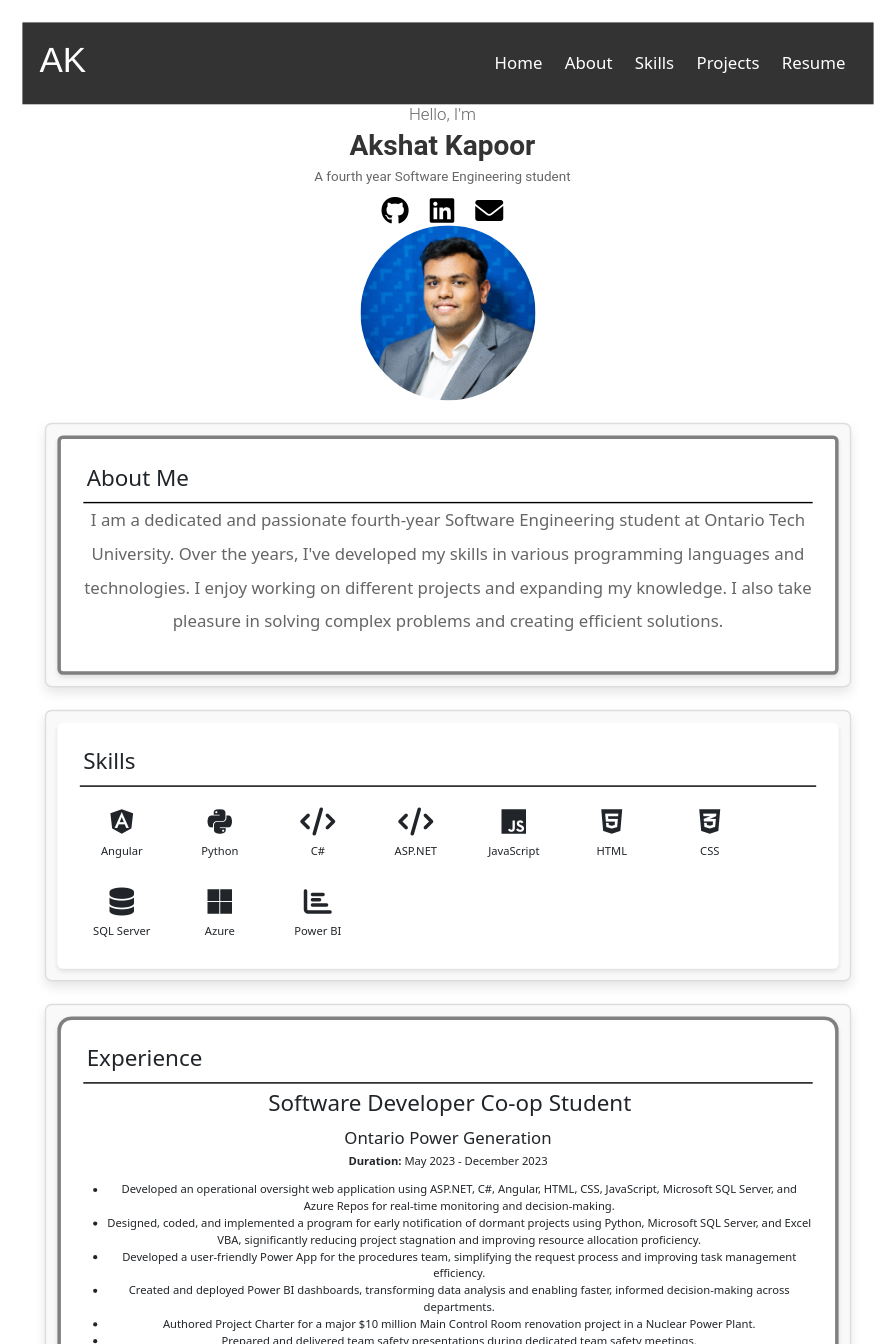
Repository: AkshatKapo/My-Portfolio
Page: /
An editor plug-in stored every save of this project. The page is shown before and after the next save, followed by the edit.
The browser window is 1280 px wide. The pictures show the part of the page from y = 0 to 1920 px (the page is 3311 px tall before and 3269 px after), at 70% of full size.
The project was rebuilt for these pictures with package versions that can differ from the ones it lists, and the page was loaded fresh each time. Also part of the build but not shown: vite.config.js.

Above is the page before, as saved 2024-06-18 10:00:35.

### index.html
<!DOCTYPE html>
<html lang="en">
  <head>
    <meta charset="UTF-8" />
    <link rel="stylesheet" href="https://cdnjs.cloudflare.com/ajax/libs/font-awesome/6.0.0-beta3/css/all.min.css">
    <link rel="stylesheet" href="https://maxcdn.bootstrapcdn.com/bootstrap/4.5.2/css/bootstrap.min.css">

    <meta name="viewport" content="width=device-width, initial-scale=1.0" />
    <title>Vite + React</title>
  </head>
  <body>
    <div id="root"></div>
    <script type="module" src="/src/main.jsx"></script>
  </body>
</html>

### src/main.jsx
import React from 'react'
import ReactDOM from 'react-dom/client'
import App from './App'
import './index.css'
import 'bootstrap/dist/css/bootstrap.min.css';


ReactDOM.createRoot(document.getElementById('root')).render(
  <React.StrictMode>
    <App />
  </React.StrictMode>,
)

### src/App.jsx
import { useEffect } from 'react';
import './App.css';
import Header from './components/Header';
import Home from './components/Home';
import About from './components/About';
import Experience from './components/Experience'; // Corrected import path
import Projects from './components/projects';
import Contact from './components/Contact';
import Skill from './components/skill'
function App() {
  useEffect(() => {
    function reveal() {
      let reveals = document.querySelectorAll(".reveal");// stores all the elements with class reveal into an array

      for (var i = 0; i < reveals.length; i++) { // iterates through reveals array, takes the each element with class reveals
        let windowHeight = window.innerHeight; // gets the height of the view port
        let elementTop = reveals[i].getBoundingClientRect().top;// gets the postion of the element relative to the view port
        let sectionHeight = reveals[i].offsetHeight;// calculates the hieght of the element
        let elementVisible = windowHeight - elementTop > 0 ? windowHeight - elementTop : 0;// calculates the porton  of the element visible(Dstance between the top of the view port  and bottom of visible part of  the element)
        let visibilityRatio = elementVisible / sectionHeight; // Fraction of the element visible

        if (visibilityRatio > 0.5) {  // if the visibility ratio is greater than half then it will make it visible
          reveals[i].classList.add("active");// add class actve to the element to make it visible
        } else { // if its less than 0.5 than it wll not display it or remove the class
          reveals[i].classList.remove("active");
        }
      }
    }

    window.addEventListener("scroll", reveal);// Add scroll as event listenere because wewe want to dsplay elements as user scrolls down

    // Call reveal initially to check the visibility of elements when the component mounts
    reveal();

    // Cleanup function to remove event listener when component unmounts
    return () => {
      window.removeEventListener("scroll", reveal);
    };
  }, []);


  return (
    <div>
      <Header />
      <Home />
      <About />
      <Skill />
      <Experience />
      <Projects />
      <Contact />

    </div>
  );
}

export default App;

/*
Mount: useEffect runs, reveal function defined and called, scroll event listener added.
Scroll: Each scroll triggers the reveal function to recalculate and update element visibility.
Unmount: Cleanup function removes the scroll event listener.
*/

### src/index.css
body {
    font-family: 'Segoe UI', Tahoma, Geneva, Verdana, sans-serif;
    background-color:#ccddff;
    color:black;
    margin: 0;
    padding: 0;
  }


  #root {
    display: flex;
    flex-direction: column;
    min-height: 100vh;
  }

### src/App.css
#root {
  max-width: 1280px;
  margin: 0 auto;
  padding: 2rem;
  text-align: center;
}
.reveal {
  opacity: 0;
  transform: translateY(100px);
  transition: opacity 0.6s ease-out, transform 0.6s ease-out;
}

.reveal.active {
  opacity: 1;
  transform: translateY(0);
}

### src/components/Header.jsx
import React from 'react'
import './Header.css'

const Header = () => {
  return (
    <header>
      <h1 className='title'>AK</h1>
      <nav>
        <ul>
          <li><a href="#home">Home</a></li>
          <li><a href="#about">About</a></li>
          <li><a href="#skills">Skills</a></li>
          <li><a href="#projects">Projects</a></li>
          <li><a href="/Akshat_Kapoor_Resume.pdf">Resume</a></li>
        </ul>
      </nav>
    </header>
  )
}

export default Header

### src/components/Home.jsx
import React from "react";
import "./Home.css";

const Home = () => {
  return (
    <div className="reveal">
      <section id="home">
        <div className="home-content">
          <div className="text-content">
            <h3>Hello, I'm</h3>
            <h1>Akshat Kapoor</h1>
            <h4>A fourth year Software Engineering student</h4>
            <div className="social-icons">
              <a href="https://github.com/yourusername" target="_blank" rel="noopener noreferrer">
                <i className="fab fa-github"></i>
              </a>
              <a href="https://www.linkedin.com/in/yourusername" target="_blank" rel="noopener noreferrer">
                <i className="fab fa-linkedin"></i>
              </a>
              <a href="mailto:youremail@gmail.com" target="_blank" rel="noopener noreferrer">
                <i className="fas fa-envelope"></i>
              </a>
            </div>

          </div>
          <div id="line"></div>

          <div className="image-content">
            <img
              src="/assets/images/1666144074188.jpeg"
              alt="Akshat Kapoor"
              className="profile-image"
            />
          </div>
        </div>
      </section>
    </div>
  );
};

export default Home;

### src/components/About.jsx
import React from 'react';
import './About.css';

function About() {
  return (
    <section id="about">
      <div id='about-content'>
       <h2>About Me</h2>
       <div className='seperator'>


       </div>
       <p>I am a dedicated and passionate fourth-year Software Engineering student at Ontario Tech University. Over the years, I've developed my skills in various programming languages and technologies. I enjoy working on different projects and expanding my knowledge. I also take pleasure in solving complex problems and creating efficient solutions. </p>
      </div>
    </section>
  );
}

export default About;

### src/components/Experience.jsx
import React from 'react'
import './Experience.css'

const Experience = () => {
  return (
    <div className="reveal">
      <section id="experience">
        <div id="experience-content">
          <h2>Experience</h2>
          <div className="divider1"></div>
          <div>
            <h3>Software Developer Co-op Student</h3>
            <h4>Ontario Power Generation</h4>
            <p>
              <strong>Duration:</strong> May 2023 - December 2023
            </p>
            <ul>
              <li>Developed an operational oversight web application using ASP.NET, C#, Angular, HTML, CSS, JavaScript, Microsoft SQL Server, and Azure Repos for real-time monitoring and decision-making.</li>
              <li>Designed, coded, and implemented a program for early notification of dormant projects using Python, Microsoft SQL Server, and Excel VBA, significantly reducing project stagnation and improving resource allocation proficiency.</li>
              <li>Developed a user-friendly Power App for the procedures team, simplifying the request process and improving task management efficiency.</li>
              <li>Created and deployed Power BI dashboards, transforming data analysis and enabling faster, informed decision-making across departments.</li>
              <li>Authored Project Charter for a major $10 million Main Control Room renovation project in a Nuclear Power Plant.</li>
              <li>Prepared and delivered team safety presentations during dedicated team safety meetings.</li>
            </ul>
          </div>
        </div>
      </section>
    </div>
  )
}

export default Experience

### src/components/projects.jsx
import React from "react";
import "./projects.css";

const projects = () => {
  return (
    <section id="projects">
      <div class="project-list">
        <h2>Projects</h2>
        <div className="seperator"></div>
        <div class="project-row">
          <div class="project">
            <h3>Digit Recognizer</h3>
            <img src="/assets/images/image.jpg"></img>
            <p>
              Developed a PyTorch-based neural network with a four-layer
              feedforward architecture to classify MNIST handwritten digits
              using Python programming language and Machine learning methods.
            </p>
            <a href="/Machine_Learning_Project.pdf" class="Projectbutton">
              View Report
            </a>
            <a href="link-to-project1" class="Projectbutton2">
              View Project
            </a>
          </div>
          <div class="project">
            <h3>Next-Day Date Calculation: Java Test Case Design </h3>
            <img src="/assets/images/date.jpg"></img>
            <p>
              Developed a Java program for next-day date calculation, leveraging
              JUnit for systematic testing.{" "}
            </p>
            <a href="/100781511_Akshat_Kapoor_TestDesignAssignment_NextDate.pdf" class="Projectbutton">
              View Report
            </a>
            <a href="link-to-project1" class="Projectbutton2">
              View Project
            </a>
          </div>
        </div>
        <div class="project-row">
          <div class="project">
            <h3>Camera Motoin Sensor System</h3>
            <img src="/assets/images/moton sensor.jpg"></img>
            <p>
              Developed a software project management project related to a
              camera motion sensor system, which includes creating project plans and techncal documents.
            </p>
            <a href="/SPM_Project.pdf" class="Projectbutton">
              View Report
            </a>
            <a href="link-to-project1" class="Projectbutton2">
              View Project
            </a>
          </div>
          <div class="project">
            <h3>Course Registeration Website</h3>
            <img src="/assets/images/coursespage.jpg"></img>
            <p>
              Developed a university course registration website,
              meeting deadlines and objectives using HTML, CSS, JavaScript,
              Bootstrap, PHP, and SQL for design and functionality.
            </p>
            <a href="/Data_Report.pdf" class="Projectbutton">
              View Report
            </a>
            <a href="link-to-project1" class="Projectbutton2">
              View Project
            </a>
          </div>
        </div>
      </div>
    </section>
  );
};

export default projects;

### src/components/Contact.jsx
import React from "react";
import "./Contact.css";

const Contact = () => {
  return (
    <footer id="footer">
      <div className="footer-content">
        <ul className="footer-icons">
          <li>
            <a
              href="https://github.com/yourusername"
              target="_blank"
              rel="noopener noreferrer"
            >
              <i className="fab fa-github"></i>
            </a>
          </li>
          <li>
            <a
              href="https://www.linkedin.com/in/yourusername"
              target="_blank"
              rel="noopener noreferrer"
            >
              <i className="fab fa-linkedin"></i>
            </a>
          </li>
          <li>
            <a
              href="mailto:youremail@gmail.com"
              target="_blank"
              rel="noopener noreferrer"
            >
              <i className="fas fa-envelope"></i>
            </a>
          </li>
        </ul>

      </div>
      <p className="footer-copy">© 2024 Akshat Kapoor</p>
    </footer>
  );
};

export default Contact;

### src/components/skill.jsx
import React from 'react'
import './skill.css'

const skills = [
    { name: "Angular", icon: "fab fa-angular" },
    { name: "Python", icon: "fab fa-python" },
    { name: "C#", icon: "fas fa-code" },
    { name: "ASP.NET", icon: "fas fa-code" },
    { name: "JavaScript", icon: "fab fa-js" },
    { name: "HTML", icon: "fab fa-html5" },
    { name: "CSS", icon: "fab fa-css3-alt" },
    { name: "SQL Server", icon: "fas fa-database" },
    { name: "Azure", icon: "fab fa-microsoft" },
    { name: "Power BI", icon: "fas fa-chart-bar" },
  ];

function skill() {
  return (
    <div className="reveal">
      <section id="skills">
        <div className="skills-content">
          <h2>Skills</h2>
          <div className="separator"></div>
          <div className="skills-list">
            {skills.map((skill) => (
              <div className="skill" key={skill.name}>
                <i className={skill.icon}></i>
                <p>{skill.name}</p>
              </div>
            ))}
          </div>
        </div>
      </section>
    </div>
  )
}

export default skill

### src/components/Header.css
header {
  background-color: #333;
  color: white;
  padding: 2%;
  display: flex;
  justify-content: space-between;
  align-items: center;

    /* text-align: center; */
  }
  .title {
    font-family: 'Helvetica', sans-serif;
    font-size: 50px;
    background:white;
    -webkit-background-clip: text;
    color: transparent;
  }


  nav ul {
    list-style-type: none;
    padding: 0;
    margin: 0;
    display: flex;
  }

  nav ul li {
    margin: 0 1rem;
  }

  nav ul li a {
    color: white;
    text-decoration: none;
    font-size: 150%;
  }

### src/components/Home.css
/* @import url('https://fonts.googleapis.com/css2?family=Roboto:wght@300;400;700&display=swap');

#home {
  padding: 1rem;
  display: flex;
  justify-content: center;
  align-items: center;
  background-color: #f9f9f9;
  border: 2px solid #ddd; /* Light border */
  border-radius: 10px; /* Rounded corners */
  margin: 2rem; /* Margin to ensure it doesn’t touch the edges of the container */
}

.home-content {
  display: flex;
  align-items: center;
  width: 100%;
  max-width: 1200px; /* Adjust the max-width as needed */
  background: #fff; /* Background for the content */
  padding: 2rem; /* Padding around the content */
  box-shadow: 0 4px 8px rgba(0, 0, 0, 0.1); /* Shadow for styling */
  border-radius: 8px; /* Rounded corners */

}

.text-content {
  flex: 1;
  padding-right: 1rem;
  font-family: 'Roboto', sans-serif;
}

.text-content h2 {
  font-size: 2.5rem; /* Adjust the font size as needed */
  font-weight: 900;
  color: #333;
  margin-bottom: 1rem;
}
.text-content h3 {
  font-size: 1.5rem; /* Adjust the font size as needed */
  font-weight: 300;
  color: #666;
  margin-bottom: 0.5rem;
}

.text-content h1 {
  font-size: 2.5rem; /* Adjust the font size as needed */
  font-weight: 700;
  color: #333;
  margin-bottom: 0.5rem;
}
.text-content h4 {
  font-size: 1.2rem; /* Adjust the font size as needed */
  font-weight: 400;
  color: #666;
  margin-bottom: 1rem;
}


.text-content p {
  font-size: 1rem; /* Adjust the font size as needed */
  line-height: 1.6; /* Adjust the line height as needed */
  color: #666;
  font-weight: 300;
}

.image-content {
  flex: 1;
  display: flex;
  justify-content: center;
}

.profile-image {
  width: 250px;
  height: 250px;
  border-radius: 50%;
  object-fit: cover;
}

.social-icons {
  display: flex;
  gap: 30px; /* Adjust the spacing between icons */
  justify-content: center;
}

.social-icons a {
  color: #000; /* Change the color if needed */
  text-decoration: none;
}

.social-icons .icon {
  width: 40px; /* Adjust the size of the icons */
  height: 40px; /* Adjust the size of the icons */
}

.social-icons i {
  font-size: 40px; /* Adjust the size of the font-awesome icons */
}

/* Add hover effect if desired */
.social-icons a:hover {
  opacity: 0.7; /* Example hover effect */
}
#line {
  border-left: 2px solid black;
  height: auto; /* Set to auto to match the height of the content */
  margin: 0 2rem; /* Adjust as needed to create space around the line */
}

### src/components/About.css
#about {
  padding: 1rem;
  display: flex;
  background-color: #f9f9f9;
  border: 2px solid #ddd; /* Light border */
  border-radius: 10px; /* Rounded corners */
  box-shadow: 0 8px 16px rgba(0, 0, 0, 0.1); /* Shadow for depth */
  margin: 2rem; /* Margin to ensure it doesn’t touch the edges of the container */



}
#about-content {
  display: table-column;
  justify-content: space-between;
  width: 100%;
  max-width: 1200px; /* Adjust the max-width as needed */
  background: #fff; /* Background for the content */
  padding: 2rem; /* Padding around the content */
  box-shadow: 0 4px 8px rgba(0, 0, 0, 0.1); /* Shadow for styling */
  border-radius: 8px; /* Rounded corners */
}


#about h2 {
  font-size: 2rem;
  text-align: left; /* This will align the heading to the left */
  margin-bottom: 1rem; /* Adding some space between the heading and the paragraph */
  margin-top: 0.2rem;
  margin-left: 0.3rem;


}
.seperator {
  border-top: 2px solid black;
  width: 100%; /* Adjust as needed */
  margin: 20px 3; /* Adjust as needed */
}

#about p {
  font-size: 1.5rem; /* Adjust the font size as needed */
  line-height: 2; /* Adjust the line height as needed */
  color: #666;
  font-weight: 300;
  }
#about {
  padding: 1rem;
  display: flex;
  background-color: #f9f9f9;
  border: 2px solid #ddd; /* Light border */
  border-radius: 10px; /* Rounded corners */
  box-shadow: 0 8px 16px rgba(0, 0, 0, 0.1); /* Shadow for depth */
  margin: 2rem; /* Margin to ensure it doesn’t touch the edges of the container */



}
#about-content {
  display: table-column;
  justify-content: space-between;
  width: 100%;
  max-width: 1200px; /* Adjust the max-width as needed */
  background: #fff; /* Background for the content */
  padding: 2rem; /* Padding around the content */
  box-shadow: 0 4px 8px rgba(0, 0, 0, 0.1); /* Shadow for styling */
  border-radius: 8px; /* Rounded corners */
  border: 5px solid grey

}


#about h2 {
  font-size: 2rem;
  text-align: left; /* This will align the heading to the left */
  margin-bottom: 1rem; /* Adding some space between the heading and the paragraph */
  margin-top: 0.2rem;
  margin-left: 0.3rem;


}
.seperator {
  border-top: 2px solid black;
  width: 100%; /* Adjust as needed */
  margin: 20px 3; /* Adjust as needed */
}

#about p {
  font-size: 1.5rem; /* Adjust the font size as needed */
  line-height: 2; /* Adjust the line height as needed */
  color: #666;
  font-weight: 300;
  }

### src/components/Experience.css
#experience {
  padding: 1rem;
  display: flex;
  background-color: #f9f9f9;
  border: 2px solid #ddd; /* Light border */
  border-radius: 10px; /* Rounded corners */
  box-shadow: 0 8px 16px rgba(0, 0, 0, 0.1); /* Shadow for depth */
  margin: 2rem; /* Margin to ensure it doesn’t touch the edges of the container */
  }
  #experience-content{
    display: table-column;
    justify-content: space-between;
    width: 100%;
    max-width: 1200px; /* Adjust the max-width as needed */
    background: #fff; /* Background for the content */
    padding: 2rem; /* Padding around the content */
    box-shadow: 0 4px 8px rgba(0, 0, 0, 0.1); /* Shadow for styling */
    border-radius: 20px; /* Rounded corners */
    border: 5px solid grey;
  }
  #experience h2 {
    font-size: 2rem;
    text-align: left; /* This will align the heading to the left */
    margin-bottom: 1rem; /* Adding some space between the heading and the paragraph */
    margin-top: 0.2rem;
    margin-left: 0.3rem;

  }
  .divider1 {
    border-top: 2px solid black;
    width: 100%; /* Adjust as needed */
    margin: 20px 3; /* Adjust as needed */
  }
  #experience h3 {
    font-size: 2rem;
    text-align: center;
    margin-bottom: 1rem; /* Adding some space between the heading and the paragraph */
    margin-top: 0.5rem;
    margin-left: 0.3rem;

  }
  .experience-content ul {
    list-style-type: disc; /* or another type of bullet, like circle or square */
    margin-left: 20px;
  }

  .experience-content li {
    margin-bottom: 10px;
  }

### src/components/Contact.css
#footer {
  background-color: #333;
  padding: 1rem 0;
  text-align: center;
  color: white;
}

.footer-content {
  display: flex;
  justify-content: center;
  align-items: center;
  margin-bottom: 1rem;
}

.footer-icons {
  list-style: none;
  padding: 0;
  margin: 0;
  text-align: center;
}

.footer-icons li {
  display: inline-block;
  margin: 0 20px; /* Increased margin for more gap between icons */
}

.footer-icons li a {
  color: grey; /* Change color as needed */
  font-size: 40px; /* Adjust size as needed */
  text-decoration: none;
}

.footer-icons li a:hover {
  color: #007bff; /* Change color on hover as needed */
}
.footer-copy {
  margin-top: 1rem;
  font-size: 16px;
  color: #aaa;
}

### src/components/skill.css
#skills {
  padding: 1rem;
  display: flex;
  background-color: #f9f9f9;
  border: 2px solid #ddd; /* Light border */
  border-radius: 10px; /* Rounded corners */
  box-shadow: 0 8px 16px rgba(0, 0, 0, 0.1); /* Shadow for depth */
  margin: 2rem; /* Margin to ensure it doesn’t touch the edges of the container */
}

.skills-content {
  display: table-column;
  justify-content: space-between;
  width: 100%;
  max-width: 1200px; /* Adjust the max-width as needed */
  background: #fff; /* Background for the content */
  padding: 2rem; /* Padding around the content */
  box-shadow: 0 4px 8px rgba(0, 0, 0, 0.1); /* Shadow for styling */
  border-radius: 8px; /* Rounded corners */
}

.skills-list {
  display: flex;
  flex-wrap: wrap;
  gap: 20px;
}

#skills h2 {
  font-size: 2rem;
  text-align: left; /* This will align the heading to the left */
  margin-bottom: 1rem; /* Adding some space between the heading and the paragraph */
  margin-top: 0.2rem;
  margin-left: 0.3rem;
}

.skill {
  display: flex;
  flex-direction: column;
  align-items: center;
  width: 100px;
  margin: 10px;
}

.skill i {
  font-size: 40px;
  margin-bottom: 10px;
}

.skill p {
  font-size: 16px;
  margin: 0;
}

.separator {
  height: 2px;
  width: 100%; /* Set to 100% to fill the parent container */
  background-color: #000;
  margin: 10px auto 20px;
}

Loaded but not shown: src/components/projects.css (103 lines, source omitted)

After the next save:
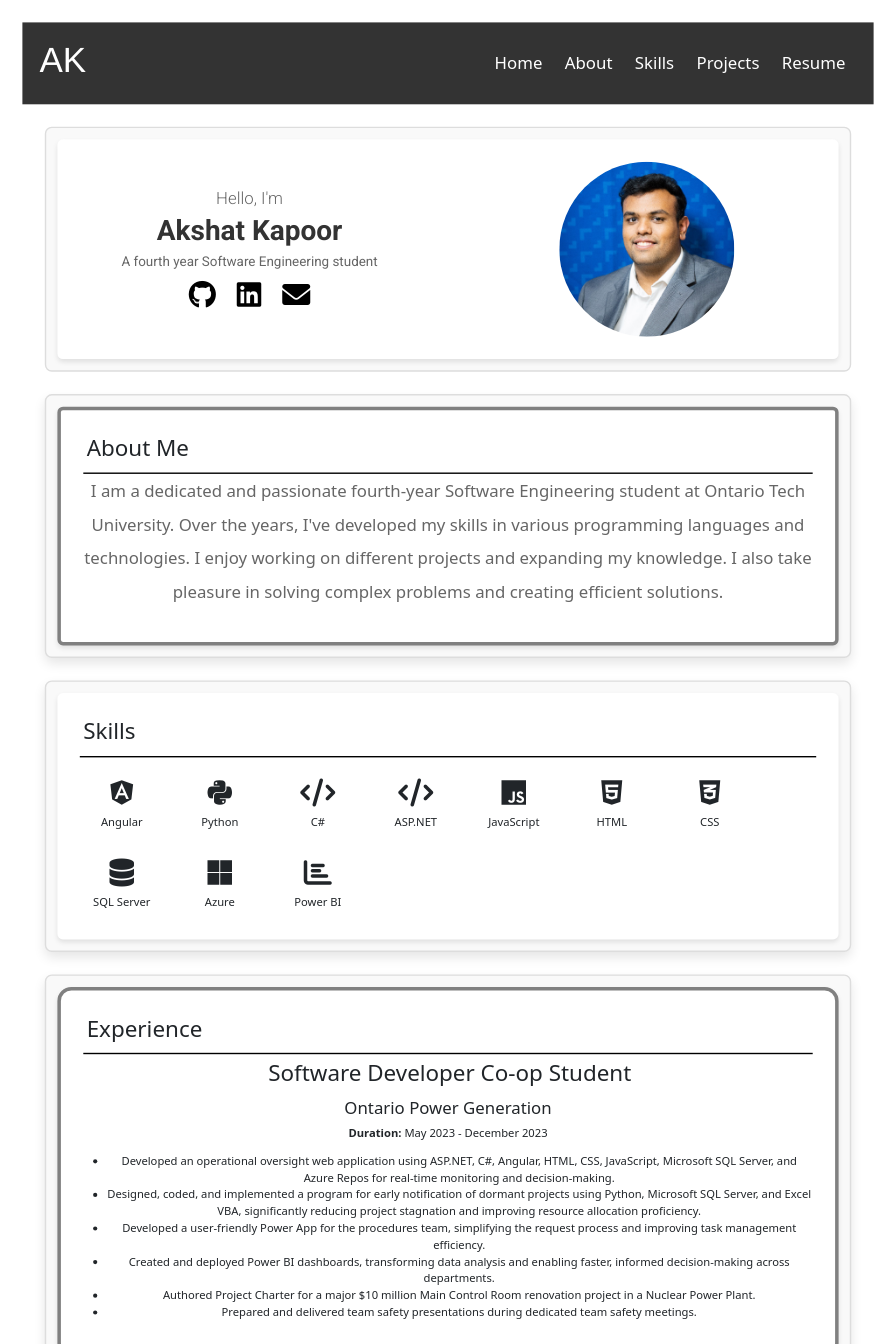
Saved 8 h 9 min later.
--- a/src/components/Home.css
+++ b/src/components/Home.css
@@ -1,4 +1,4 @@
-/* @import url('https://fonts.googleapis.com/css2?family=Roboto:wght@300;400;700&display=swap');
+ @import url('https://fonts.googleapis.com/css2?family=Roboto:wght@300;400;700&display=swap');
 
 #home {
   padding: 1rem;
